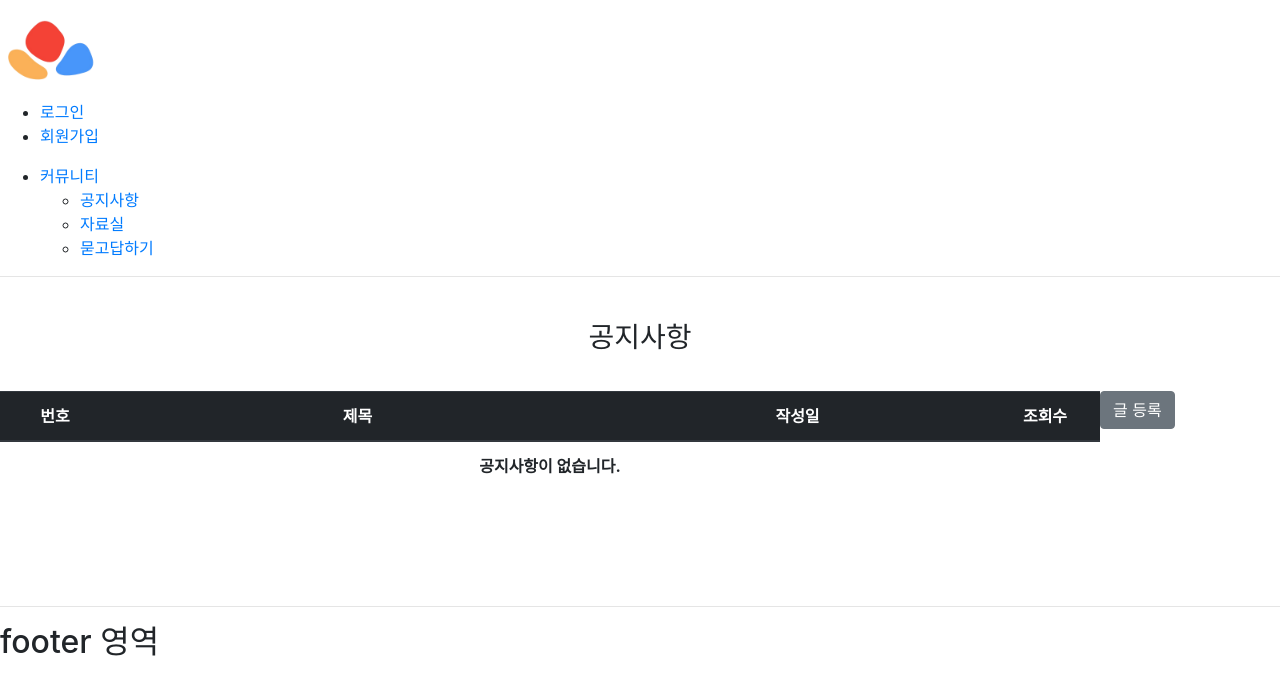
Repository: rnjsmj/pro01
Page: http://localhost/pro01/notice/noticeList.jsp
An editor plug-in stored every save of this project. The page is shown before and after the next save, followed by the edit.
The browser window is 1280 px wide. The pictures show the whole page.
The page is served by Tomcat 9. Nobody is signed in. The application's start-up code is not run. The template is opened directly, without the code that normally fills it, so the values that code supplies are empty.

Above is the page before, as saved 2024-04-05 08:43:22.

After the next save:
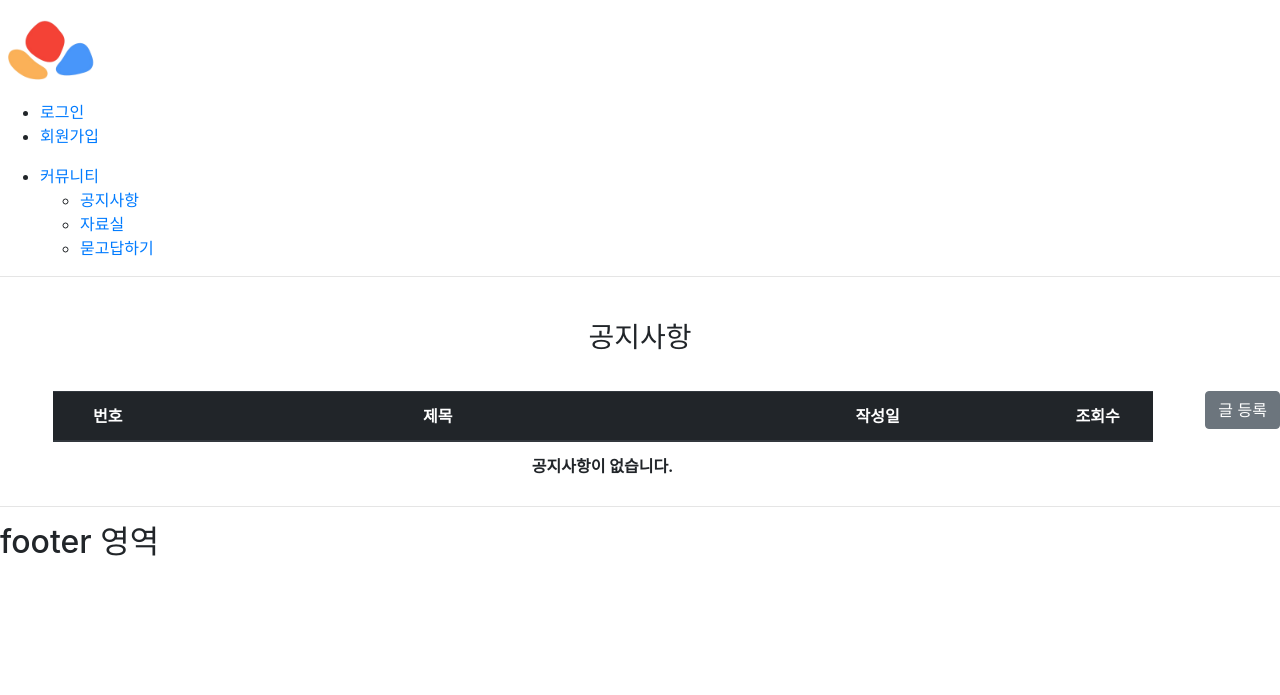
Saved 72 s later.
--- a/pro01/WebContent/notice/noticeList.jsp
+++ b/pro01/WebContent/notice/noticeList.jsp
@@ -11,11 +11,11 @@
 <%@ include file="/head.jsp" %>
 <style>
 	.title { text-align:center; padding:1em; }
-	.table { margin-bottom: 100px; text-align:center; width:1100px;}
+	.table { margin-bottom: 100px; text-align:center; width:1100px; margin: 0 auto;}
 	.buttons { text-align:right; }
 	.th-no {width:10%;}
-	.th-title{width:45%;}
-	.th-resdate{width:35%;}
+	.th-title{width:50%;}
+	.th-resdate{width:30%;}
 	.td-title {text-align:left;}
 	.a-title { color:black;}
 	.a-title:hover { font-weight:600; text-decoration:none;}
